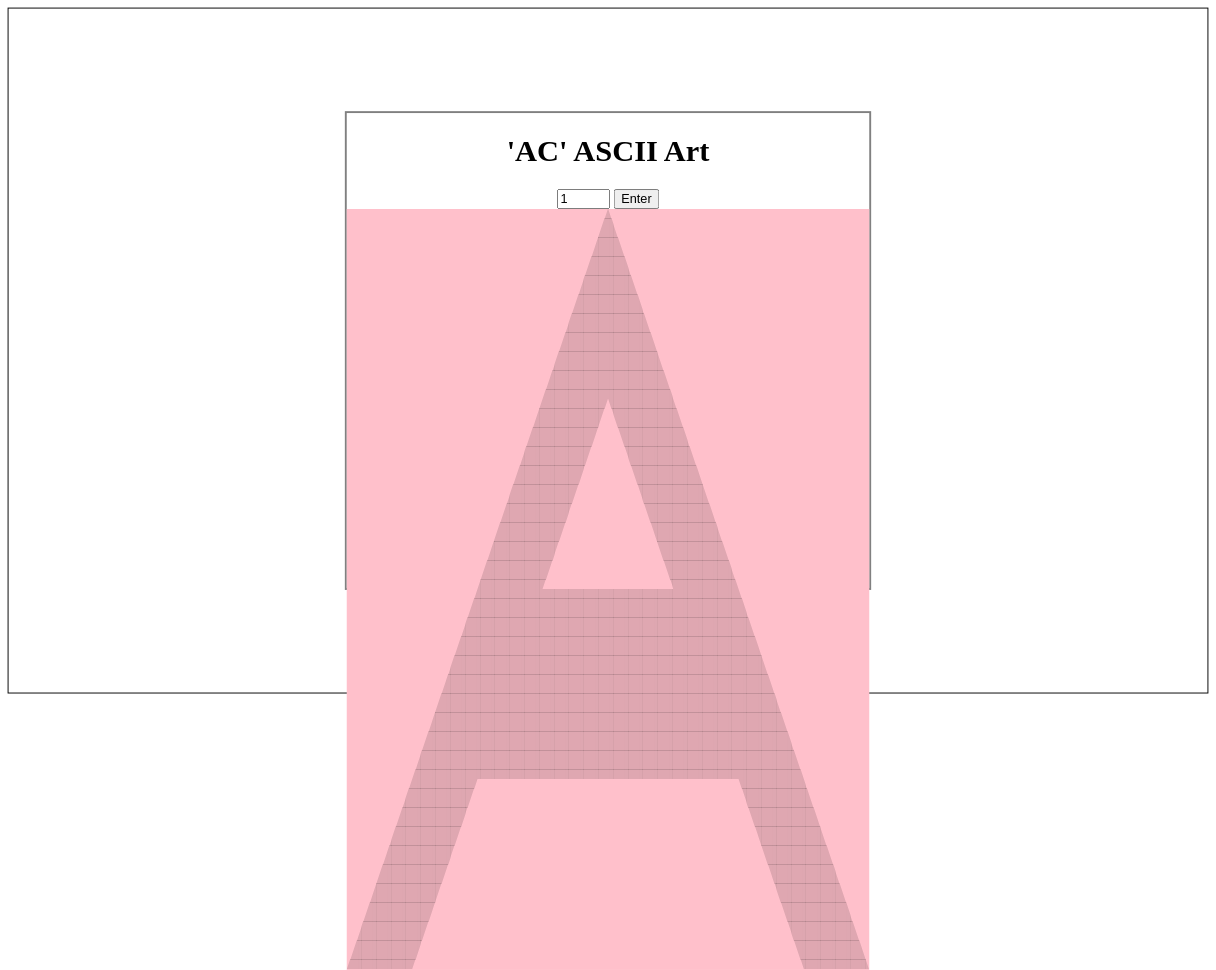
Repository: Achorn/ascii-art
Page: index.html
These files come from the project's save history. The page is drawn as it stood at one moment and after a run of saves; the edit follows.
The browser window is 1280 px wide. The pictures show the whole page, at 95% of full size.

Above is the page before, as saved 2021-08-09 18:43:45.

After the next 2 saves:
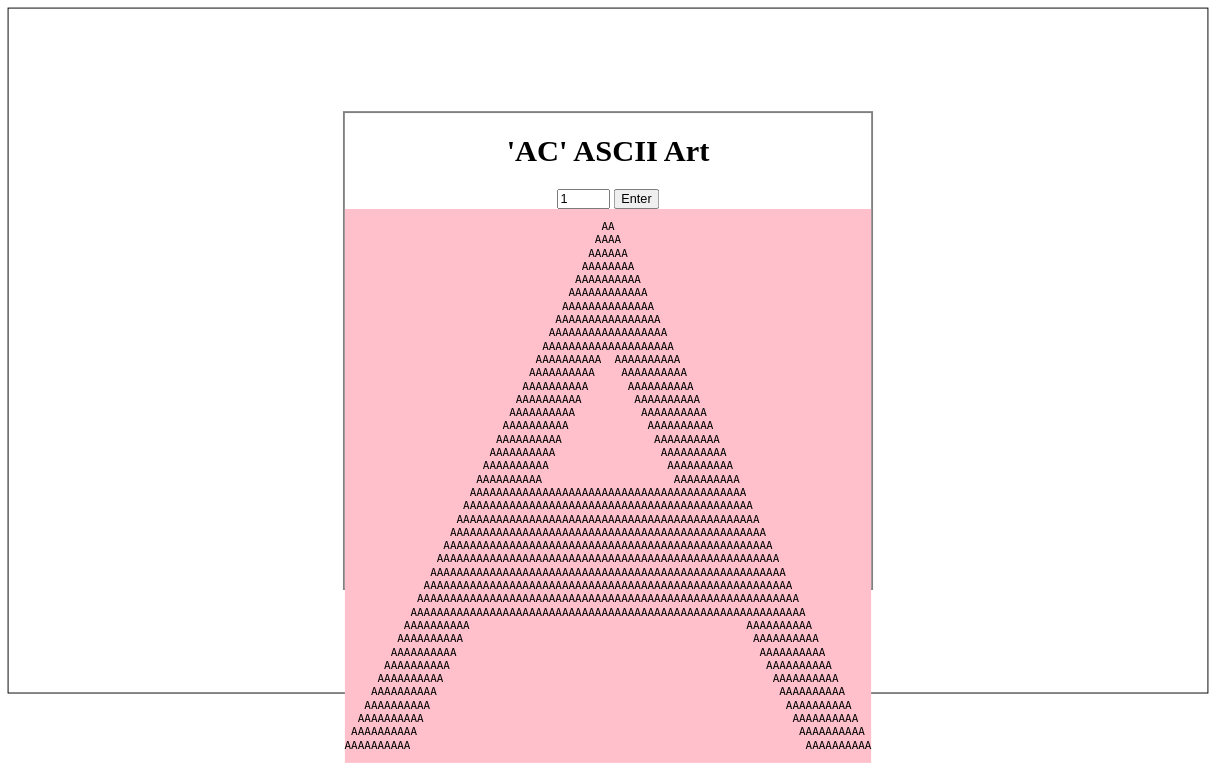
The 2 saves are shown as one change because they came seconds apart.
The last was saved 13 s later.
--- a/myscripts.js
+++ b/myscripts.js
@@ -73,7 +73,7 @@ function trimA(arr, lWidth) {
 
 let monoA = document.getElementById("mono-a");
 let monoC = document.getElementById("mono-c");
-let scale = 200;
+let scale = 10;
 let scaledFour = scaleSpread(four, scale);
 trimA(scaledFour, scale);
 
